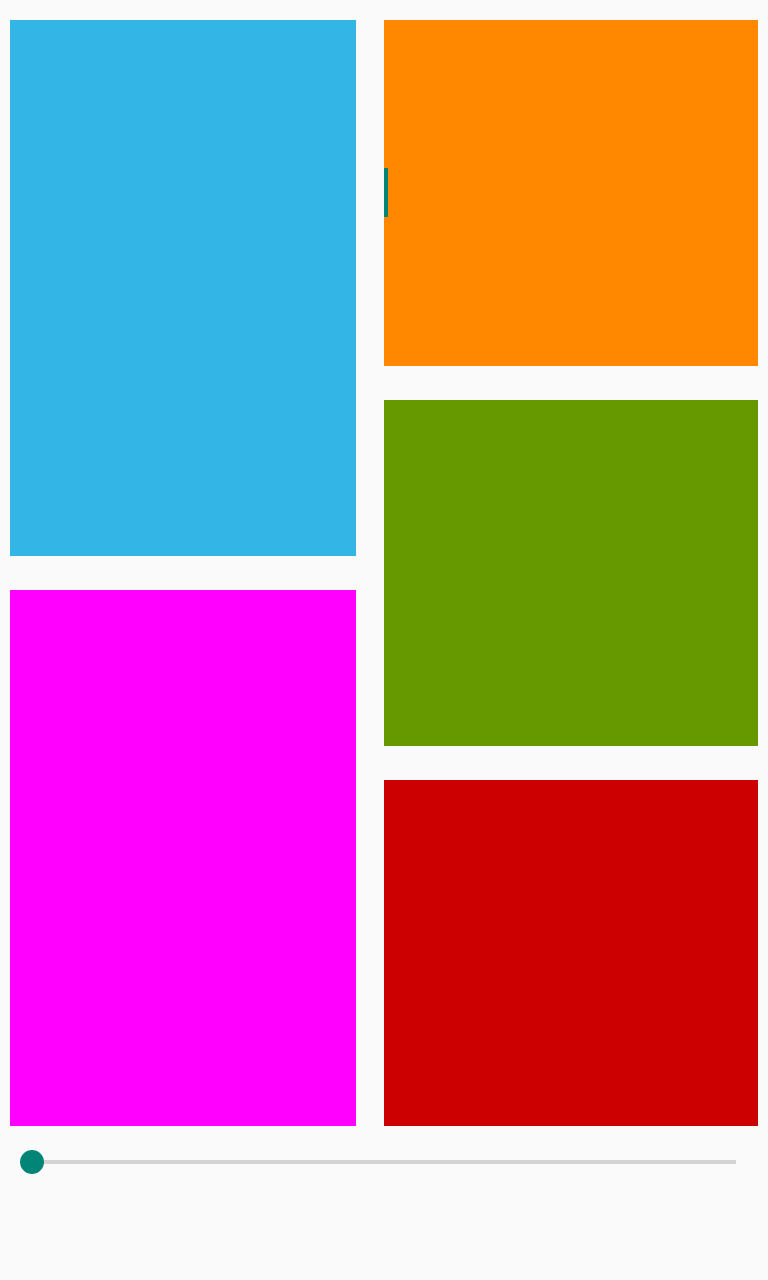
Repository: Damabiah0/public
Layout: androids/intentLab/ModerArtUI/res/layout/activity_master.xml
These files come from the project's save history. The layout is drawn as it stood at one moment and after the next save; the edit follows.
It is drawn on a 768 x 1280 px phone screen (xhdpi) without system bars, with theme AppTheme; the app's code is not run.

Above is the layout before, as saved 2015-05-31 15:16:03.

### androids/intentLab/ModerArtUI/res/layout/activity_master.xml
<TableLayout xmlns:android="http://schemas.android.com/apk/res/android"
    xmlns:tools="http://schemas.android.com/tools"
    android:layout_width="fill_parent"
    android:layout_height="fill_parent"
    android:orientation="horizontal"
    android:stretchColumns="1"
    tools:context="org.coursera.moderartui.MasterActivity" >

    <TableRow
        android:layout_width="fill_parent"
        android:layout_height="fill_parent"
        android:layout_weight="9" >

        <LinearLayout
            android:id="@+id/1"
            android:layout_width="fill_parent"
            android:layout_height="fill_parent"
            android:layout_gravity="left"
            android:layout_margin="1dp"
            android:layout_weight="2"
            android:orientation="vertical" >

            <EditText
                android:id="@+id/editText01"
                android:layout_width="fill_parent"
                android:layout_height="fill_parent"
                android:layout_weight="2"
                android:backgroundTint="@android:color/holo_blue_light"
                android:backgroundTintMode="screen"
                android:ems="10"
                android:inputType="textMultiLine" >

                <requestFocus />
            </EditText>

            <EditText
                android:id="@+id/editText02"
                android:layout_width="fill_parent"
                android:layout_height="fill_parent"
                android:layout_weight="2"
                android:backgroundTint="@color/rosa"
                android:backgroundTintMode="screen"
                android:ems="10"
                android:inputType="textMultiLine" />
        </LinearLayout>

        <LinearLayout
            android:id="@+id/LinearLayout12"
            android:layout_width="fill_parent"
            android:layout_height="fill_parent"
            android:layout_gravity="right"
            android:layout_margin="1dp"
            android:layout_weight="1"
            android:orientation="vertical" >

            <EditText
                android:id="@+id/editText11"
                android:layout_width="fill_parent"
                android:layout_height="fill_parent"
                android:layout_weight="2"
                android:backgroundTint="@android:color/holo_orange_dark"
                android:backgroundTintMode="screen"
                android:ems="10"
                android:inputType="textMultiLine" >

                <requestFocus />
            </EditText>

            <EditText
                android:id="@+id/editText12"
                android:layout_width="fill_parent"
                android:layout_height="fill_parent"
                android:layout_weight="2"
                android:backgroundTint="@android:color/holo_green_dark"
                android:backgroundTintMode="screen"
                android:ems="10"
                android:inputType="textMultiLine" />

            <EditText
                android:id="@+id/editText13"
                android:layout_width="fill_parent"
                android:layout_height="fill_parent"
                android:layout_weight="2"
                android:backgroundTint="@android:color/holo_red_dark"
                android:backgroundTintMode="screen"
                android:ems="10"
                android:inputType="textMultiLine" />
        </LinearLayout>
    </TableRow>

  <TableRow
      android:layout_width="wrap_content"
      android:layout_height="wrap_content"
      android:layout_gravity="bottom"
      android:layout_weight="1" >

      <SeekBar
          android:id="@+id/seekBar1"
          android:layout_width="wrap_content"
          android:layout_height="wrap_content"
          android:layout_weight="1"
          android:max="100" />

   </TableRow>
</TableLayout>

### androids/intentLab/ModerArtUI/res/values/colors.xml
<?xml version="1.0" encoding="utf-8"?>
<resources>
    <color name="rosa">#FF00FF</color>
</resources>

Loaded but not shown: androids/intentLab/ModerArtUI/res/values/styles.xml (common file); androids/intentLab/ModerArtUI/res/values-v11/styles.xml (common file); androids/intentLab/ModerArtUI/res/values-v14/styles.xml (common file)

After the next save:
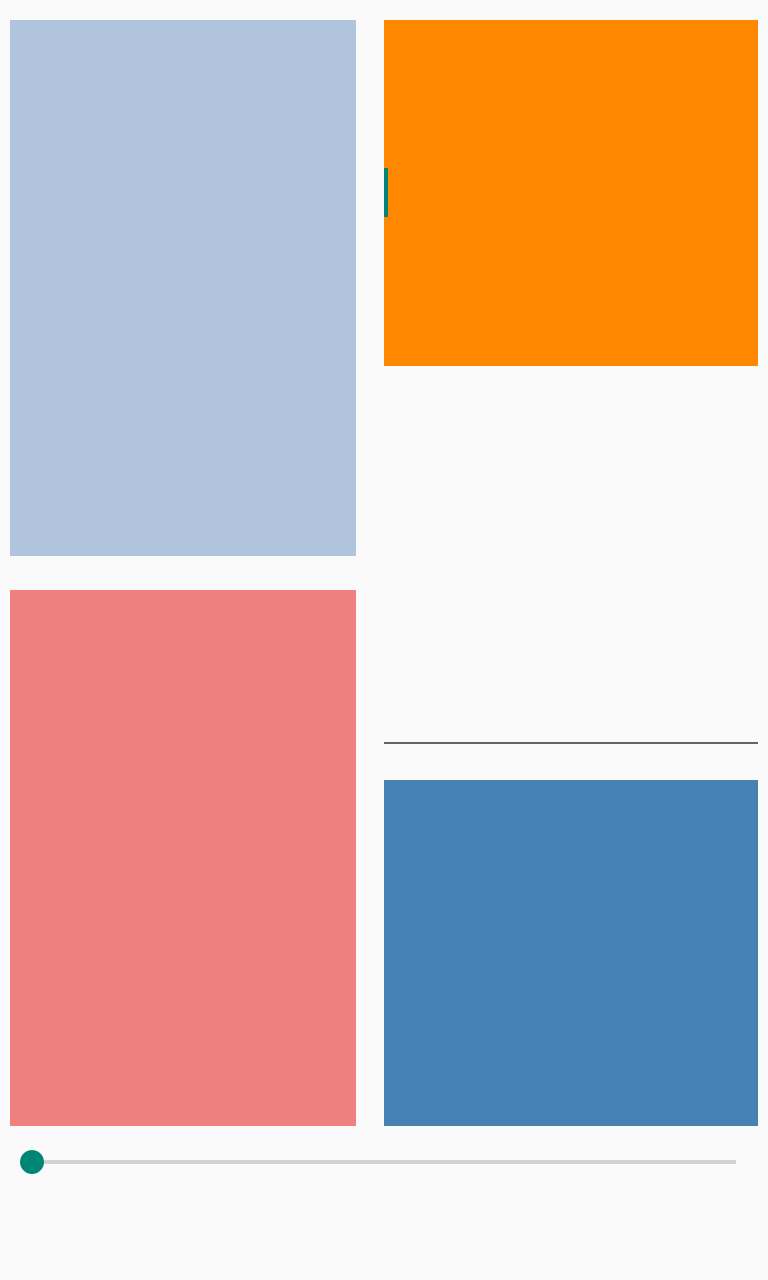
Saved 4 min 15 s later.
--- a/androids/intentLab/ModerArtUI/res/layout/activity_master.xml
+++ b/androids/intentLab/ModerArtUI/res/layout/activity_master.xml
@@ -12,7 +12,7 @@
         android:layout_weight="9" >
 
         <LinearLayout
-            android:id="@+id/1"
+            android:id="@+id/LinearLayout0"
             android:layout_width="fill_parent"
             android:layout_height="fill_parent"
             android:layout_gravity="left"
@@ -25,7 +25,7 @@
                 android:layout_width="fill_parent"
                 android:layout_height="fill_parent"
                 android:layout_weight="2"
-                android:backgroundTint="@android:color/holo_blue_light"
+                android:backgroundTint="#B0C4DE"
                 android:backgroundTintMode="screen"
                 android:ems="10"
                 android:inputType="textMultiLine" >
@@ -38,14 +38,14 @@
                 android:layout_width="fill_parent"
                 android:layout_height="fill_parent"
                 android:layout_weight="2"
-                android:backgroundTint="@color/rosa"
+                android:backgroundTint="#F08080"
                 android:backgroundTintMode="screen"
                 android:ems="10"
                 android:inputType="textMultiLine" />
         </LinearLayout>
 
         <LinearLayout
-            android:id="@+id/LinearLayout12"
+            android:id="@+id/LinearLayout1"
             android:layout_width="fill_parent"
             android:layout_height="fill_parent"
             android:layout_gravity="right"
@@ -71,8 +71,6 @@
                 android:layout_width="fill_parent"
                 android:layout_height="fill_parent"
                 android:layout_weight="2"
-                android:backgroundTint="@android:color/holo_green_dark"
-                android:backgroundTintMode="screen"
                 android:ems="10"
                 android:inputType="textMultiLine" />
 
@@ -81,7 +79,7 @@
                 android:layout_width="fill_parent"
                 android:layout_height="fill_parent"
                 android:layout_weight="2"
-                android:backgroundTint="@android:color/holo_red_dark"
+                android:backgroundTint="#4682B4"
                 android:backgroundTintMode="screen"
                 android:ems="10"
                 android:inputType="textMultiLine" />
--- a/androids/intentLab/ModerArtUI/res/values/colors.xml
+++ b/androids/intentLab/ModerArtUI/res/values/colors.xml
@@ -1,4 +1,5 @@
 <?xml version="1.0" encoding="utf-8"?>
 <resources>
     <color name="rosa">#FF00FF</color>
+    <color />
 </resources>
